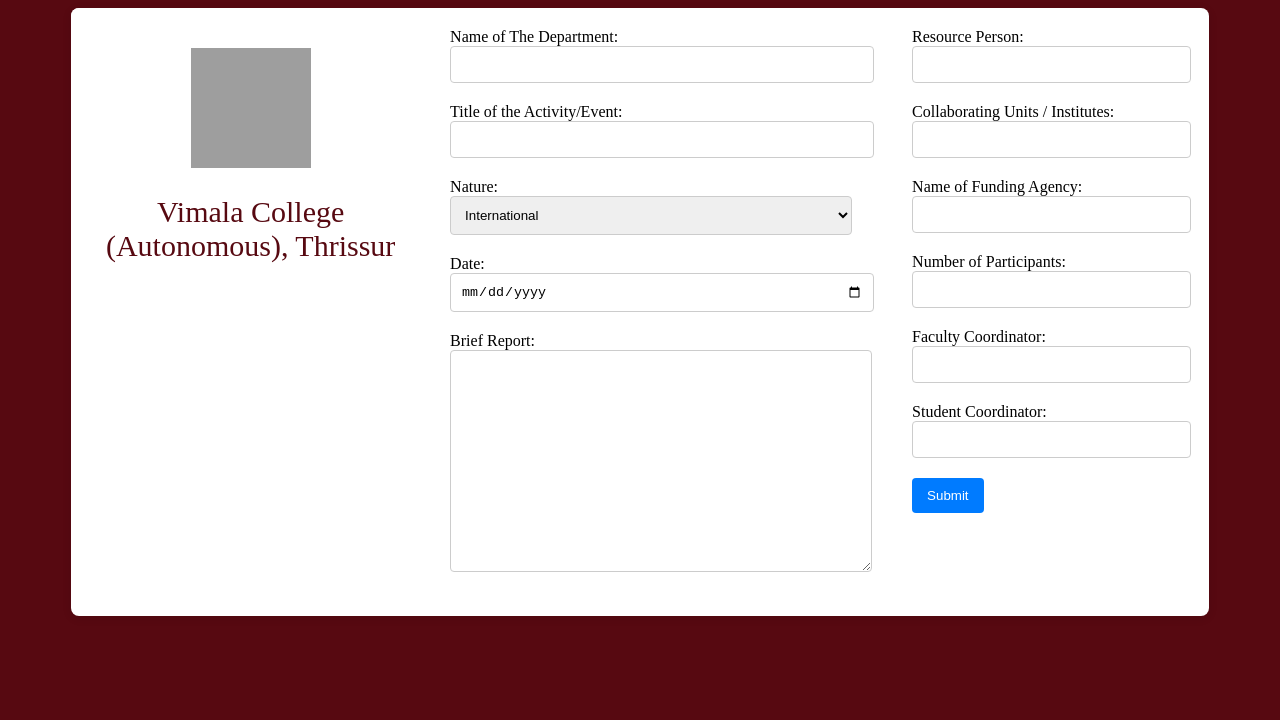
Repository: Rammjay/vimala-activity-report
Page: http://localhost/
An editor plug-in stored every save of this project. The page is shown before and after the next save, followed by the edit.
The browser window is 1280 px wide. The pictures show the whole page.
Pictures or frames that could not be fetched are drawn as grey boxes. The page is served by the project's application, run on Django 5.2 (report/manage.py).

Above is the page before, as saved 2024-09-22 15:23:29.

After the next save:
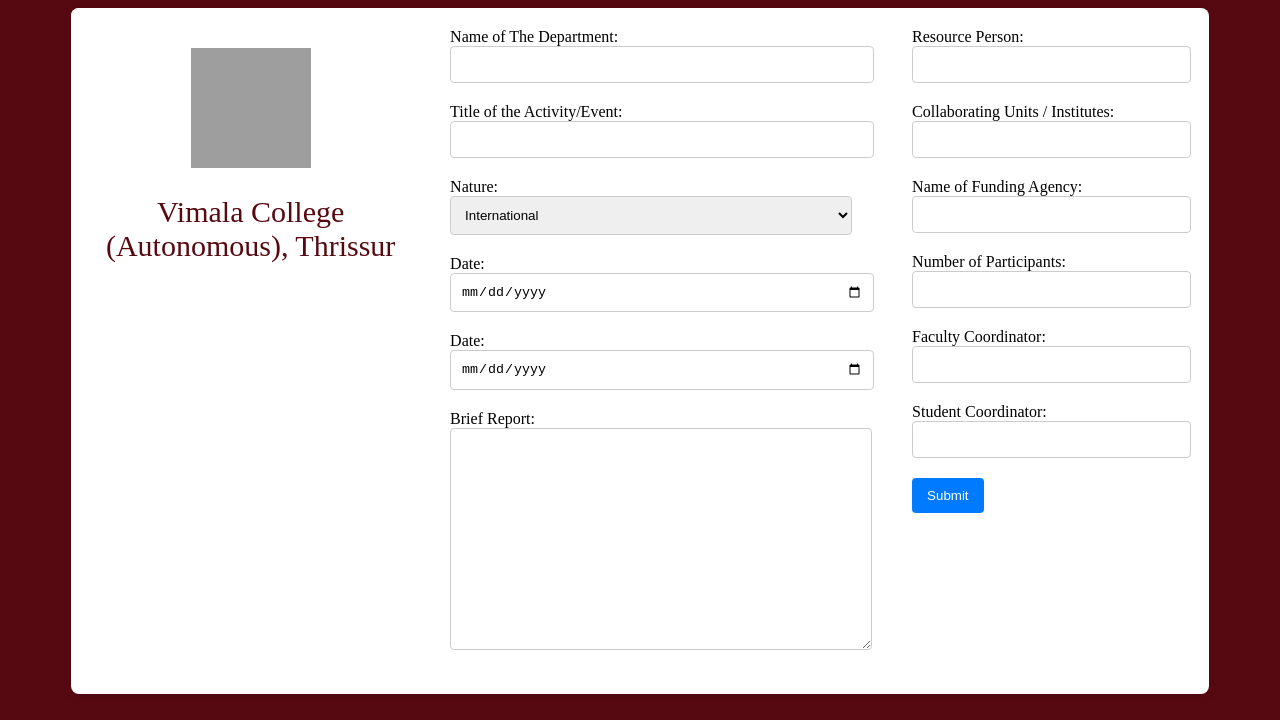
Saved 17 min 31 s later.
--- a/vim/report/reports/templates/1.html
+++ b/vim/report/reports/templates/1.html
@@ -110,6 +110,8 @@
                     <label for="date">Date:</label>
                     <input type="date" id="date" name="date" required>
 
+                    <label for="date">Date:</label>
+                    <input type="date" id="date" name="date" required>
                     <label for="br">Brief Report:</label>
                     <textarea id="br" name="br" style="width: 400px;height: 200px;" required></textarea>
 
